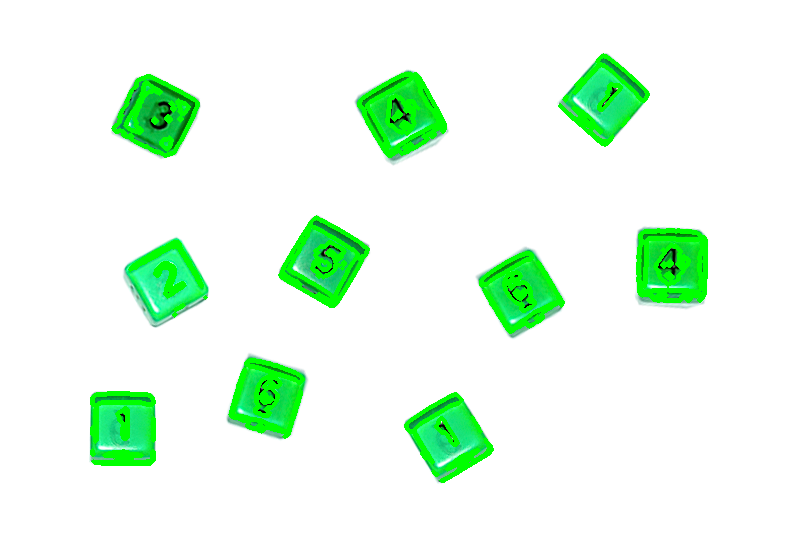
Repository: kaiofbgarcia/OpenCV
Script's output: python dadosVerdes.py
These files come from the project's save history. The script's output is drawn as it stood at one moment and after the next save; the edit follows.
Random numbers start from a fixed seed. It also reads Dados/imgDados/dadosVerdes1.png.

Above is the script's output before, as saved 2022-06-29 11:29:15.

### dadosVerdes.py
import cv2
from cv2 import THRESH_BINARY
import numpy as np


imagem = cv2.imread("img/dadosVerdes1.png")          # Carregar a imagem
gray = cv2.cvtColor(imagem, cv2.COLOR_BGR2GRAY)     # GrayScale
blur = cv2.blur(gray,(3,3))                       # Blur ###############

ret,binary = cv2.threshold(blur , 127 ,255, cv2.THRESH_BINARY)         # Binarização ################
ret1,binary1 = cv2.threshold(binary,127,255,cv2.THRESH_BINARY_INV)   # Inverter a Binarização

contours, hierarchy = cv2.findContours(binary1, cv2.RETR_TREE, cv2.CHAIN_APPROX_SIMPLE) # Procura os Objetos
cont = len(contours)                                                                     # Conta os Objetos

cv2.drawContours(imagem, contours, -1, (0,255,0), 3)

print("Resultado dos dados: ", cont)

cv2.imshow("Dilatation", imagem)

cv2.waitKey(0)

After the next save:
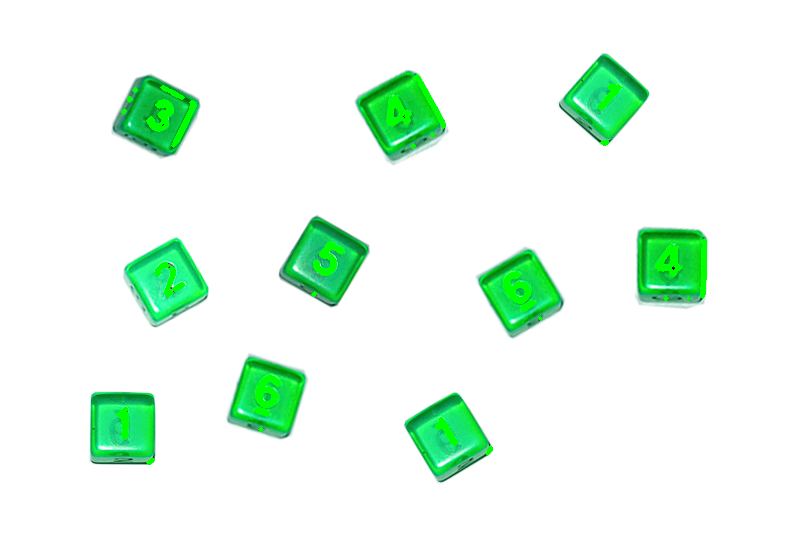
Saved 9 s later.
--- a/dadosVerdes.py
+++ b/dadosVerdes.py
@@ -7,7 +7,7 @@ imagem = cv2.imread("img/dadosVerdes1.png")          # Carregar a imagem
 gray = cv2.cvtColor(imagem, cv2.COLOR_BGR2GRAY)     # GrayScale
 blur = cv2.blur(gray,(3,3))                       # Blur ###############
 
-ret,binary = cv2.threshold(blur , 127 ,255, cv2.THRESH_BINARY)         # Binarização ################
+ret,binary = cv2.threshold(blur , 70 ,255, cv2.THRESH_BINARY)         # Binarização ################
 ret1,binary1 = cv2.threshold(binary,127,255,cv2.THRESH_BINARY_INV)   # Inverter a Binarização
 
 contours, hierarchy = cv2.findContours(binary1, cv2.RETR_TREE, cv2.CHAIN_APPROX_SIMPLE) # Procura os Objetos
